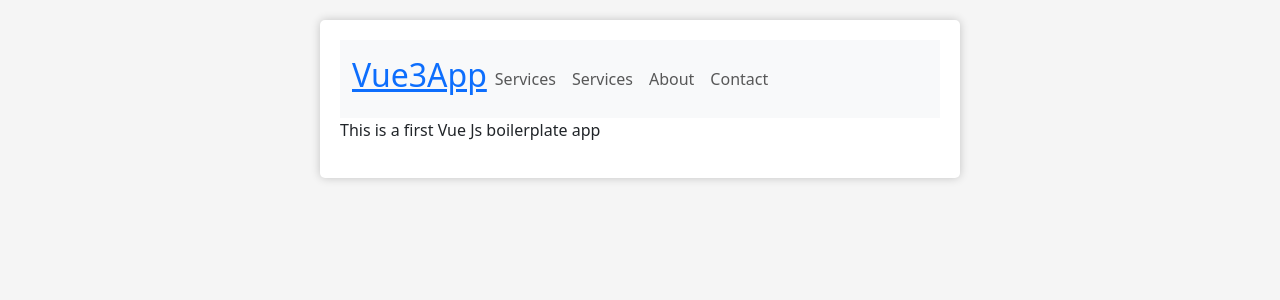
Repository: feyroozecode/intro-vue3-app
Page: index.html
These files come from the project's save history. The page is drawn as it stood at one moment and after a run of saves; the edit follows.
The browser window is 1280 px wide. The pictures show the whole page.

Above is the page before, as saved 2023-08-14 08:41:36.

After the next 2 saves:
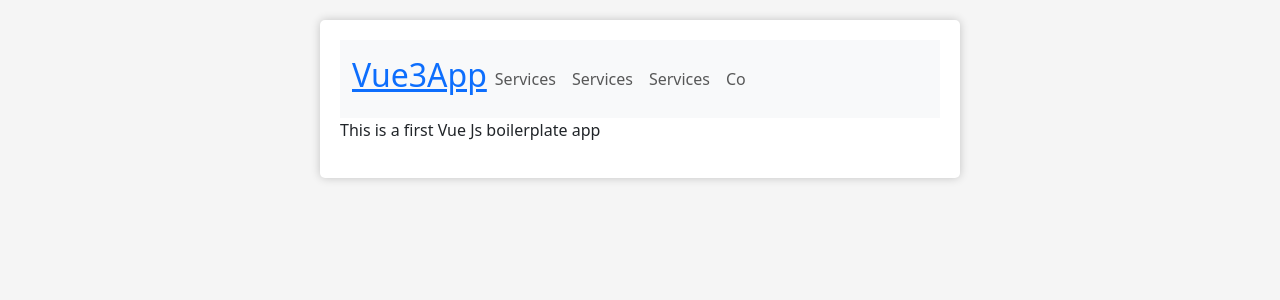
The 2 saves are shown as one change because they came seconds apart.
The last was saved 8 s later.
--- a/index.html
+++ b/index.html
@@ -32,8 +32,8 @@
                 <ul class="navbar-nav me-auto mb-2 mb-lg-0 ml-5">
                     <a class="nav-link" aria-current="page" href="#"> {{ links[1] }} </a>
                     <a class="nav-link" aria-current="page" href="#"> {{ links[1] }} </a>
-                    <a class="nav-link" aria-current="page" href="#">About</a>
-                    <a class="nav-link" aria-current="page" href="#">Contact</a>
+                    <a class="nav-link" aria-current="page" href="#"> {{ links[1] }} </a>
+                    <a class="nav-link" aria-current="page" href="#">Co</a>
                 </ul>
             </div>
         </nav>
